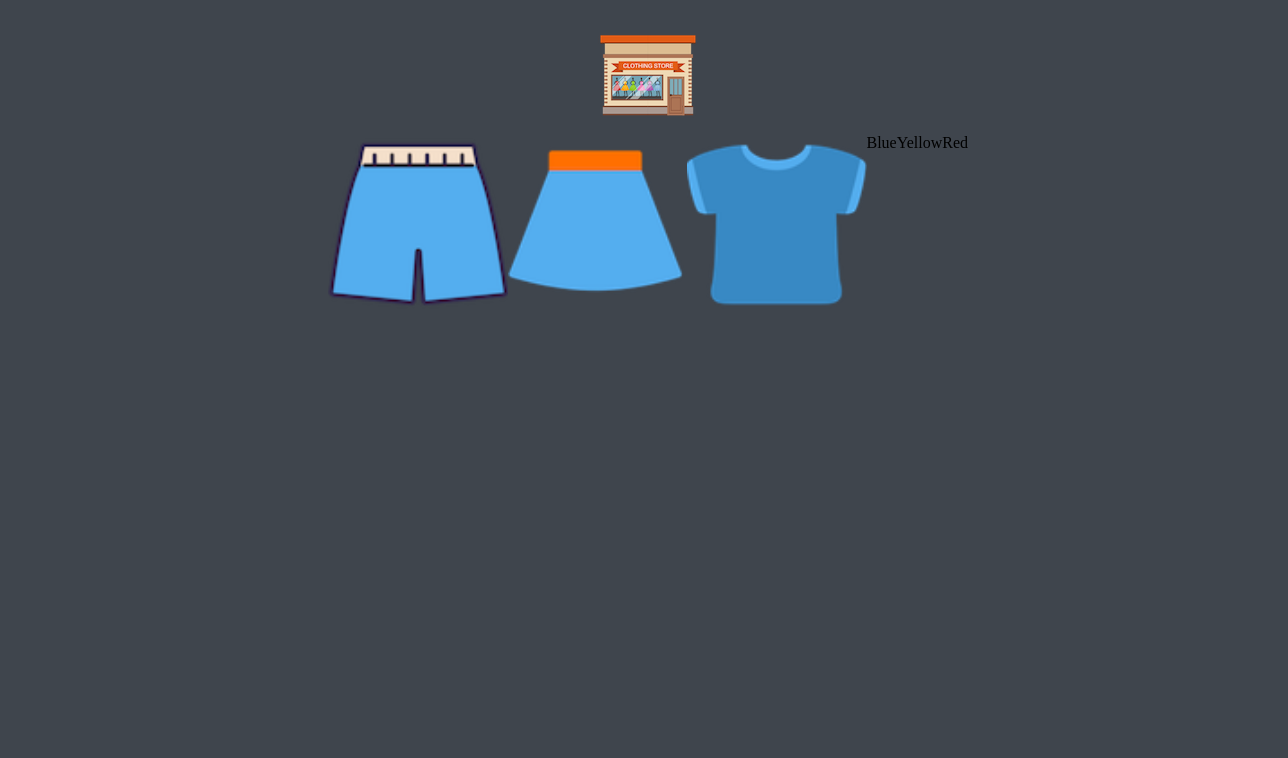
Repository: Jay-JYKim91/elle-shopping-mall
Page: index.html
The author's editor kept a copy of each file at every save. The page is drawn from the files as they stood at one save, then again after the next save.
The browser window is 1280 px wide. The page is 1288 px wide, so the pictures cover 1288 px, including what lies to the right of the window. The pictures show the whole page.

Above is the page before, as saved 2021-07-26 19:30:26.

After the next save:
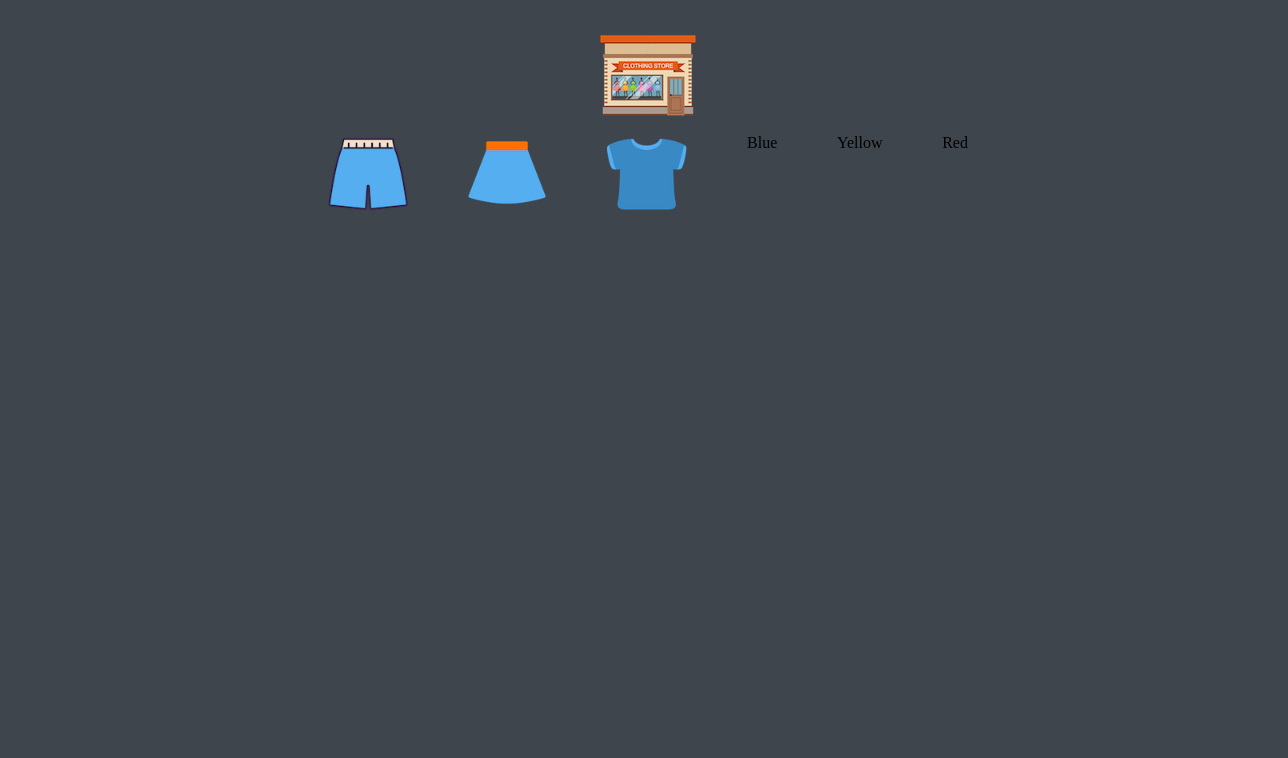
Saved 4 s later.
--- a/style.css
+++ b/style.css
@@ -27,7 +27,7 @@ body {
   justify-content: space-between;
 }
 .options img {
-  width: 200px;
+  width: 80px;
 }
 .color-box {
 }
